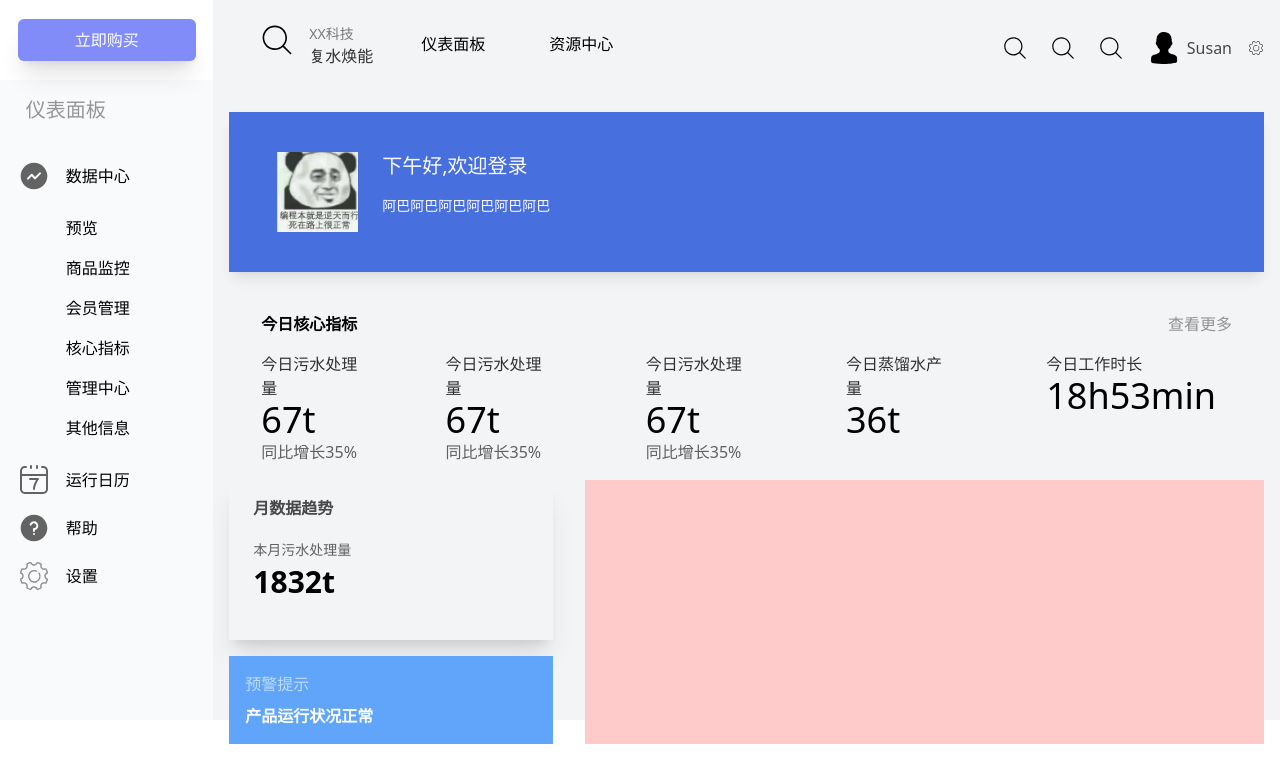
Repository: LiuRuohui/useWater
Page: /
An editor plug-in stored every save of this project. The page is shown before and after the next save, followed by the edit.
The browser window is 1280 px wide. The pictures show the whole page.
The project was rebuilt for these pictures with package versions that can differ from the ones it lists, and the page was loaded fresh each time. Also part of the build but not shown: vite.config.js.

Above is the page before, as saved 2022-04-08 16:07:31.

After the next save:
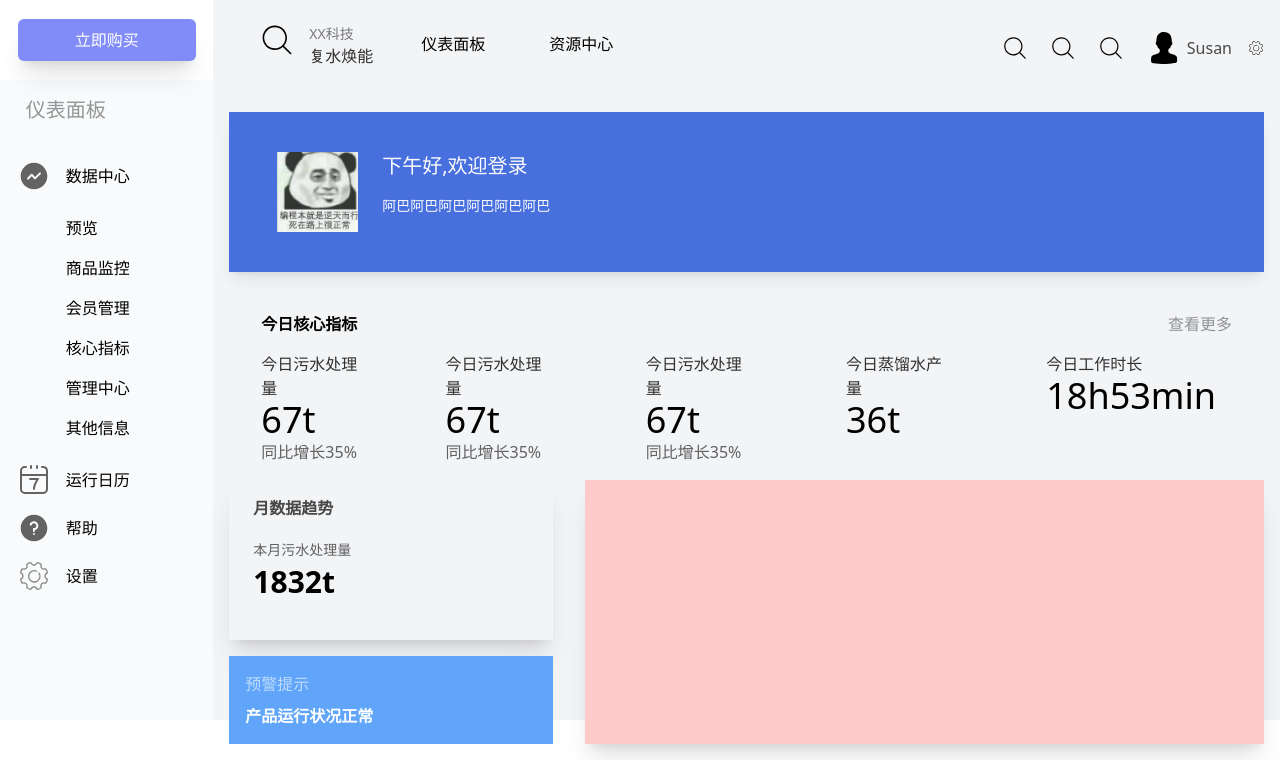
Saved 4 s later.
--- a/src/components/HelloWorld.vue
+++ b/src/components/HelloWorld.vue
@@ -122,7 +122,7 @@
                   </div>
               </div>
           </div>
-          <div class="flex flex-grow bg-red-200 m-4">
+          <div class="flex flex-grow bg-red-200 m-4 shadow-xl">
 
           </div>
       </div>
